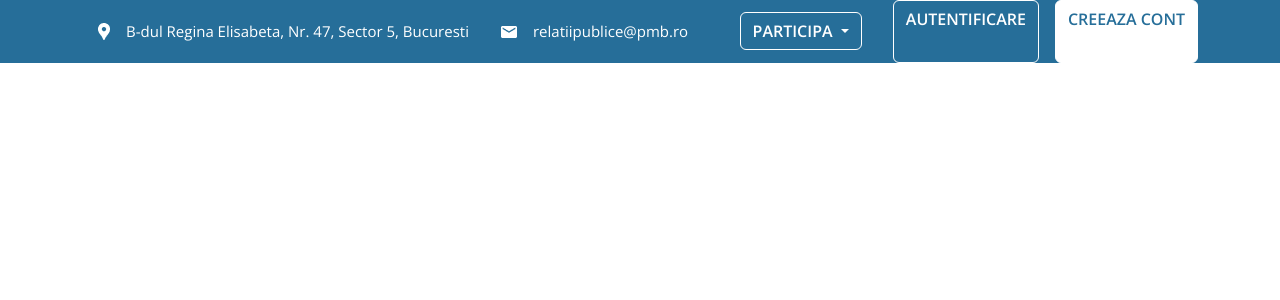
Repository: cosmin05072018/webis-task
Page: index.html
These files come from the project's save history. The page is drawn as it stood at one moment and after the next save; the edit follows.
The browser window is 1280 px wide. The pictures show the whole page.

Above is the page before, as saved 2024-09-29 13:10:15.

### index.html
<!DOCTYPE html>
<html lang="en">
<head>
    <meta charset="UTF-8">
    <meta name="viewport" content="width=device-width, initial-scale=1.0">
    <title>Platforma-Bugetare</title>
    <link href="https://cdn.jsdelivr.net/npm/bootstrap@5.3.3/dist/css/bootstrap.min.css" rel="stylesheet" integrity="sha384-QWTKZyjpPEjISv5WaRU9OFeRpok6YctnYmDr5pNlyT2bRjXh0JMhjY6hW+ALEwIH" crossorigin="anonymous">
    <link rel="stylesheet" href="./assets/css/style.css">
</head>
<body>
<div class="container-fluid p-0">
  <div class="container navbar-top">
    <div class="d-flex justify-content-between align-items-center">
      <div class="d-flex left-section">
        <div class="p-3 d-flex align-items-center gap-3">
          <img class="location" src="./assets/images/location.png" alt="location">
          <p class="text-white m-0">B-dul Regina Elisabeta, Nr. 47, Sector 5, Bucuresti</p>
        </div>
        <div class="p-3 d-flex align-items-center gap-3">
          <img class="mail" src="./assets/images/mail.png" alt="location">
          <p class="text-white m-0">relatiipublice@pmb.ro</p>
        </div>
      </div>
      <div class="d-flex right-section">
        <div class="dropdown">
          <button class="btn rounded dropdown-toggle" type="button" id="dropdownMenuButton1" data-bs-toggle="dropdown" aria-expanded="false">
            PARTICIPA
          </button>
          <ul class="dropdown-menu" aria-labelledby="dropdownMenuButton1">
            <li><a class="dropdown-item" href="#">Depune un proiect</a></li>
            <li><a class="dropdown-item" href="#">Proiectele mele</a></li>
            <li><a class="dropdown-item" href="#">Proiecte favorite</a></li>
          </ul>
        </div>
          <a href="#" class="btn">AUTENTIFICARE</a>
          <a href="#" class="btn">CREEAZA CONT</a>
      </div>
    </div>
  </div>
</div>
  <script src="https://cdn.jsdelivr.net/npm/bootstrap@5.3.3/dist/js/bootstrap.bundle.min.js" integrity="sha384-YvpcrYf0tY3lHB60NNkmXc5s9fDVZLESaAA55NDzOxhy9GkcIdslK1eN7N6jIeHz" crossorigin="anonymous"></script>
</body>
</html>

### assets/css/style.css
@import url("https://fonts.googleapis.com/css2?family=Open+Sans:ital,wght@0,300..800;1,300..800&display=swap");

:root {
  --bg-color: #266e99;
  --white: #ffffff;
  --text-hover: #4f4f4f;
  --text-blue: #266e99;
}

* {
  font-family: Open Sans;
  box-sizing: border-box;
}

.container-fluid {
  background-color: var(--bg-color);
}

.location {
  width: 12px;
  height: 17px;
}

.navbar-top p {
  font-family: Open Sans;
  font-size: 15px;
  font-weight: 400;
  line-height: 19px;
  text-align: left;
}

.navbar-top .location {
  width: 12px;
  height: 17px;
}

.navbar-top .mail {
  width: 16px;
  height: 12px;
}

.right-section {
  gap: 16px;
}

.right-section .btn {
  border: 1.5px solid var(--white);
  font-weight: 600;
}

.right-section .btn:nth-child(1),
.right-section .btn:nth-child(2) {
  color: var(--white);
}

.right-section .btn:last-child {
  color: var(--text-blue);
  background-color: var(--white);
}

.right-section .dropdown {
  padding: 12px 15px 13px 15px;
  gap: 10px;
  border-radius: 5px 0px 0px 0px;
  border: 1.5px 0px 0px 0px;
}

After the next save:
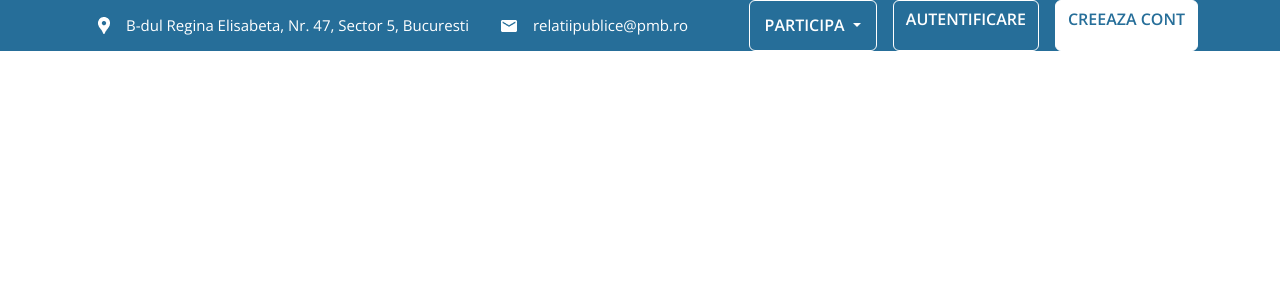
Saved 27 s later.
--- a/assets/css/style.css
+++ b/assets/css/style.css
@@ -58,7 +58,7 @@
   background-color: var(--white);
 }
 
-.right-section .dropdown {
+.right-section .dropdown .dropdown-toggle {
   padding: 12px 15px 13px 15px;
   gap: 10px;
   border-radius: 5px 0px 0px 0px;
